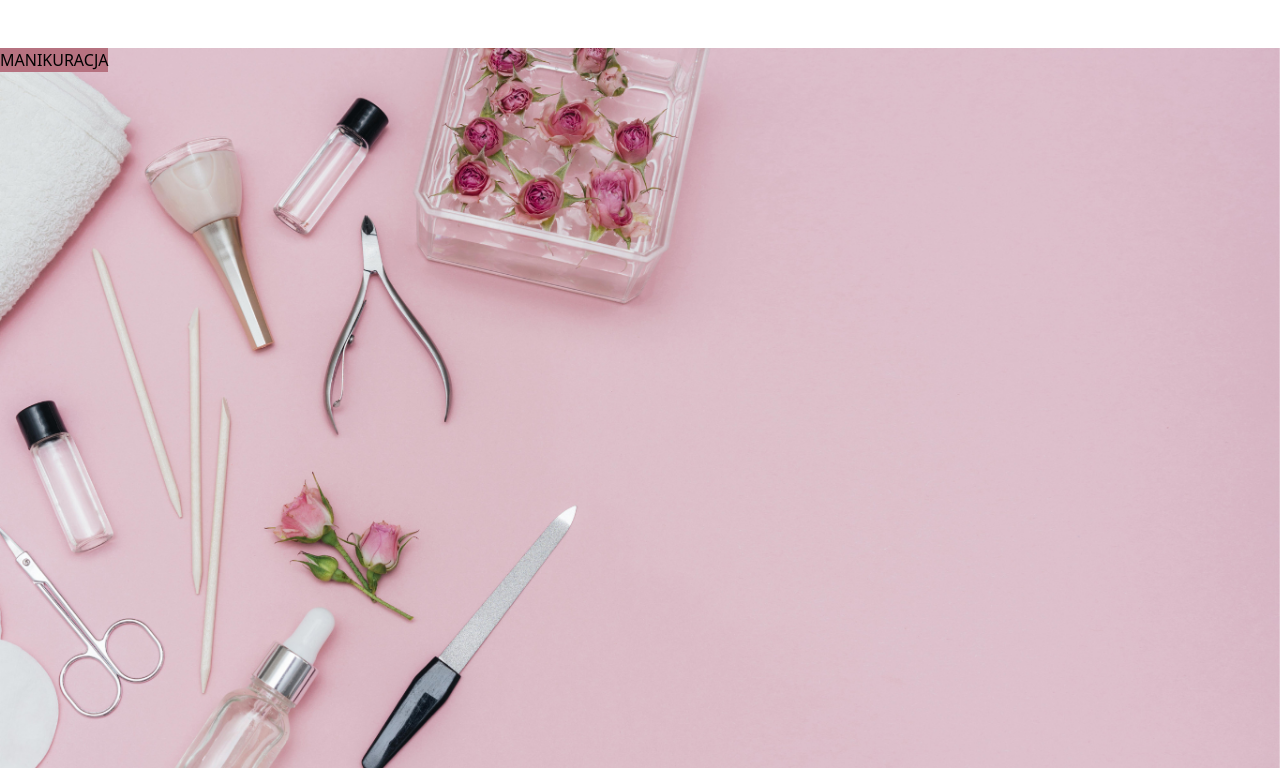
Repository: wesiudev/Manikuracja
Page: /
An editor plug-in stored every save of this project. The page is shown before and after the next save, followed by the edit.
The browser window is 1280 px wide. The pictures show the whole page.
The project was rebuilt for these pictures with package versions that can differ from the ones it lists, and the page was loaded fresh each time. The framework's server and built-in components were replaced by stand-ins that run in the browser. Also part of the build but not shown: next.config.ts.

Above is the page before, as saved 2025-02-28 18:32:42.

### app/layout.tsx
import { Archivo_Black } from "next/font/google";
import "./globals.css";
import { Providers } from "@/redux/Provider";
import "react-toastify/dist/ReactToastify.css";
import { ToastContainer } from "react-toastify";
import Script from "next/script";

const archivoBlack = Archivo_Black({
  weight: "400",
  variable: "--font-archivo-black",
});

export default async function RootLayout({
  children,
}: Readonly<{
  children: React.ReactNode;
}>) {
  return (
    <html lang="en">
      <body className={`${archivoBlack.variable} overflow-x-hidden`}>
        <Script
          async
          src="https://www.googletagmanager.com/gtag/js?id=G-6XV8R4XZKS"
          id="google-analytics"
        >
          {` window.dataLayer = window.dataLayer || []; function gtag(){dataLayer.push(arguments);} gtag('js', new Date()); gtag('config', 'G-6XV8R4XZKS');`}
        </Script>
        <Script async id="google-analytics1">
          {`
              window.dataLayer = window.dataLayer || [];
              function gtag(){dataLayer.push(arguments);}
              gtag('js', new Date());
              gtag('config', 'AW-10818390066');
          `}
        </Script>
        <ToastContainer />
        <Providers>
          <div>{children}</div>
        </Providers>
      </body>
    </html>
  );
}

### app/page.tsx
import { Metadata, Viewport } from "next";

export default async function Home() {
  return (
    <div>
      <div className="h-screen w-full bg-background bg-cover">
        <div className="w-max max-w-[90%] h-max my-12 bg-[#B67280]">
          <h1>
            <span>MANIKURACJA</span>
          </h1>
        </div>
      </div>
      {/* <SearchBar slugCity="" /> */}
    </div>
  );
}
export const viewport: Viewport = {
  width: "device-width",
  initialScale: 1,
  maximumScale: 1,
  userScalable: false,
  themeColor: "#ec4899",
};
export const metadata: Metadata = {
  publisher: "manikuracja.pl",
  manifest: "/manifest.json",
  icons: [
    {
      url: "/fav.png",
      sizes: "192x192",
      type: "image/png",
    },
  ],
  title:
    "Manikuracja.pl: Aplikacja zaprojektowana z myślą o Twoich paznokciach",
  description:
    "Profesjonalne profile specjalistów manicure i pedicure. Znajdź najlepsze usługi w swojej okolicy. Zarejestruj się już dziś!",
  openGraph: {
    type: "website",
    url: "https://manikuracja.pl",
    title:
      "Manikuracja.pl: Aplikacja zaprojektowana z myślą o Twoich paznokciach",
    description:
      "Profesjonalne profile specjalistów manicure i pedicure. Znajdź najlepsze usługi w swojej okolicy. Zarejestruj się już dziś!",
    siteName: "manikuracja.pl",
  },
};

### redux/Provider.tsx
"use client";
import { Provider } from "react-redux";
import { store } from "./store";

export function Providers({ children }: { children: React.ReactNode }) {
  return <Provider store={store}>{children}</Provider>;
}

### redux/store.ts
import { configureStore } from "@reduxjs/toolkit";
import userReducer from "./slices/user";
import ctaReducer from "./slices/cta";
export const store = configureStore({
  reducer: {
    user: userReducer,
    cta: ctaReducer,
  },
});
export type RootState = ReturnType<typeof store.getState>;
export type AppDispatch = typeof store.dispatch;

### redux/slices/user.js
import { createSlice } from "@reduxjs/toolkit";

export const initialState = {
  user: {
    uid: "",
    name: "",
    email: "",

    photoURL: "",
    description: "",
    logo: "",

    portfolioImages: [],
    seek: false,
    emailVerified: false,
    configured: false,
    payments: [],
    profileComments: [],
    services: [],
    location: { lng: 21.0122287, lat: 52.2296756, address: "" },
    password: "",

    phoneNumber: "",
    active: false,
  },
};

export const user = createSlice({
  name: "user",
  initialState,
  reducers: {
    setUser: (state, action) => {
      state.user = action.payload;
    },
  },
});

export const { setUser } = user?.actions;

export default user?.reducer;

### redux/slices/cta.js
import { createSlice } from "@reduxjs/toolkit";

export const initialState = {
  register: false,
  payments: false,
};

export const cta = createSlice({
  name: "cta",
  initialState,
  reducers: {
    setRegisterOpen: (state, action) => {
      state.register = action.payload;
    },
    setPaymentsOpen: (state, action) => {
      state.payments = action.payload;
    },
  },
});

export const { setRegisterOpen, setPaymentsOpen } = cta?.actions;

export default cta?.reducer;

### tailwind.config.ts
/* eslint-disable @typescript-eslint/no-require-imports */
import type { Config } from "tailwindcss";

export default {
  content: [
    "./pages/**/*.{js,ts,jsx,tsx,mdx}",
    "./components/**/*.{js,ts,jsx,tsx,mdx}",
    "./app/**/*.{js,ts,jsx,tsx,mdx}",
  ],
  theme: {
    extend: {
      colors: {
        background: "var(--background)",
        foreground: "var(--foreground)",
      },
      fontFamily: {
        archivo: ["var(--font-archivo-black)", "sans-serif"],
      },
    },
    backgroundImage: {
      marshmellow: "url('/home/marshmellow.webp')",
      background: "url('/home/background.png')",
      woman: "url('/home/woman.png')",
    },
  },
  plugins: [require("@tailwindcss/typography")],
} satisfies Config;

Loaded but not shown: app/globals.css (common file)

After the next save:
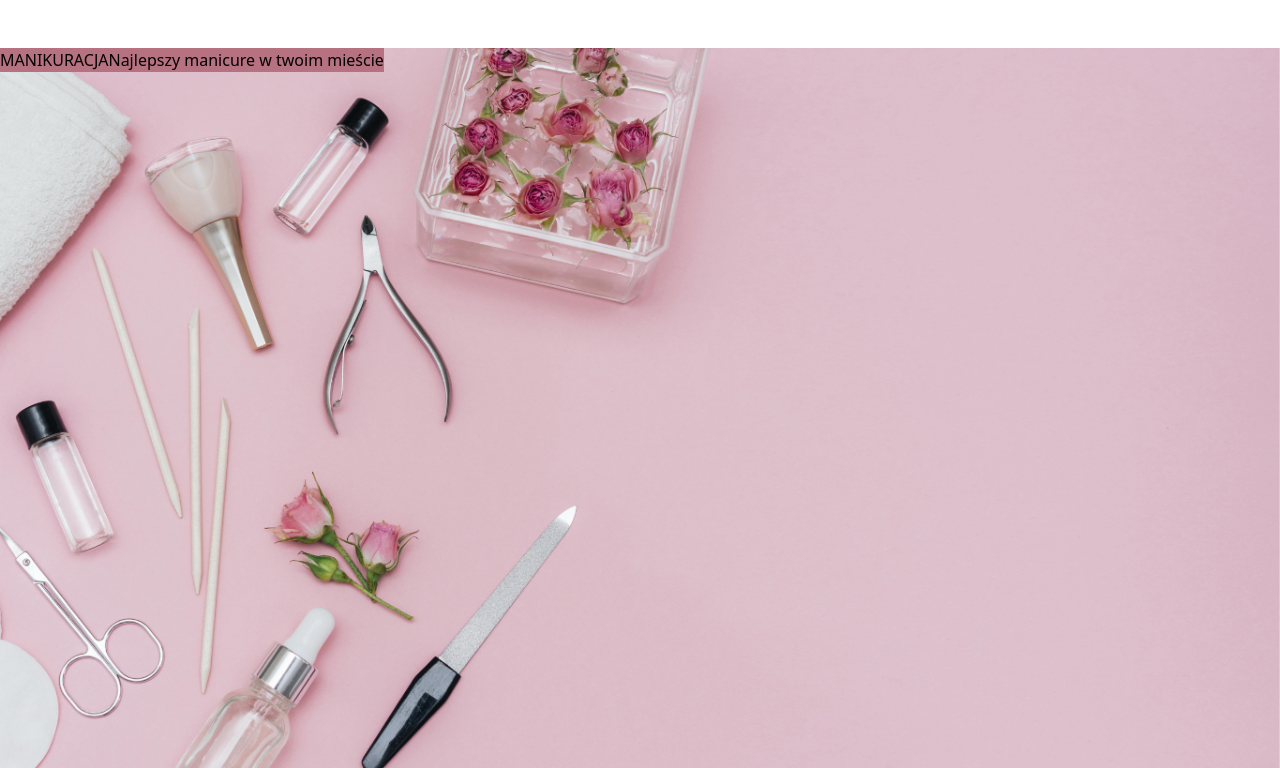
Saved 24 s later.
--- a/app/page.tsx
+++ b/app/page.tsx
@@ -7,6 +7,7 @@
         <div className="w-max max-w-[90%] h-max my-12 bg-[#B67280]">
           <h1>
             <span>MANIKURACJA</span>
+            <span>Najlepszy manicure w twoim mieście</span>
           </h1>
         </div>
       </div>
